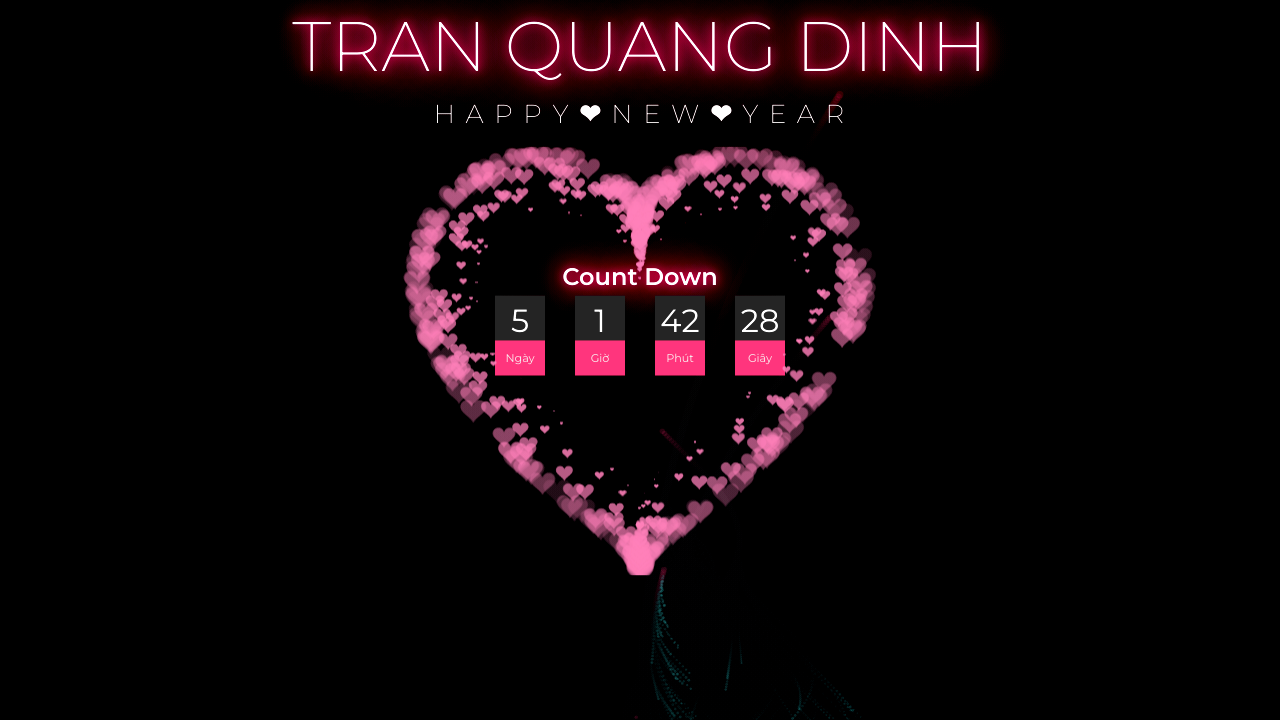
Repository: dinhtq-dev/lowaisa
Page: index.html
These files come from the project's save history. The page is drawn as it stood at one moment and after the next save; the edit follows.
The browser window is 1280 px wide. The pictures show the whole page.
Some web libraries are served in a nearby version.

Above is the page before, as saved 2023-01-16 22:17:27.

After the next save:
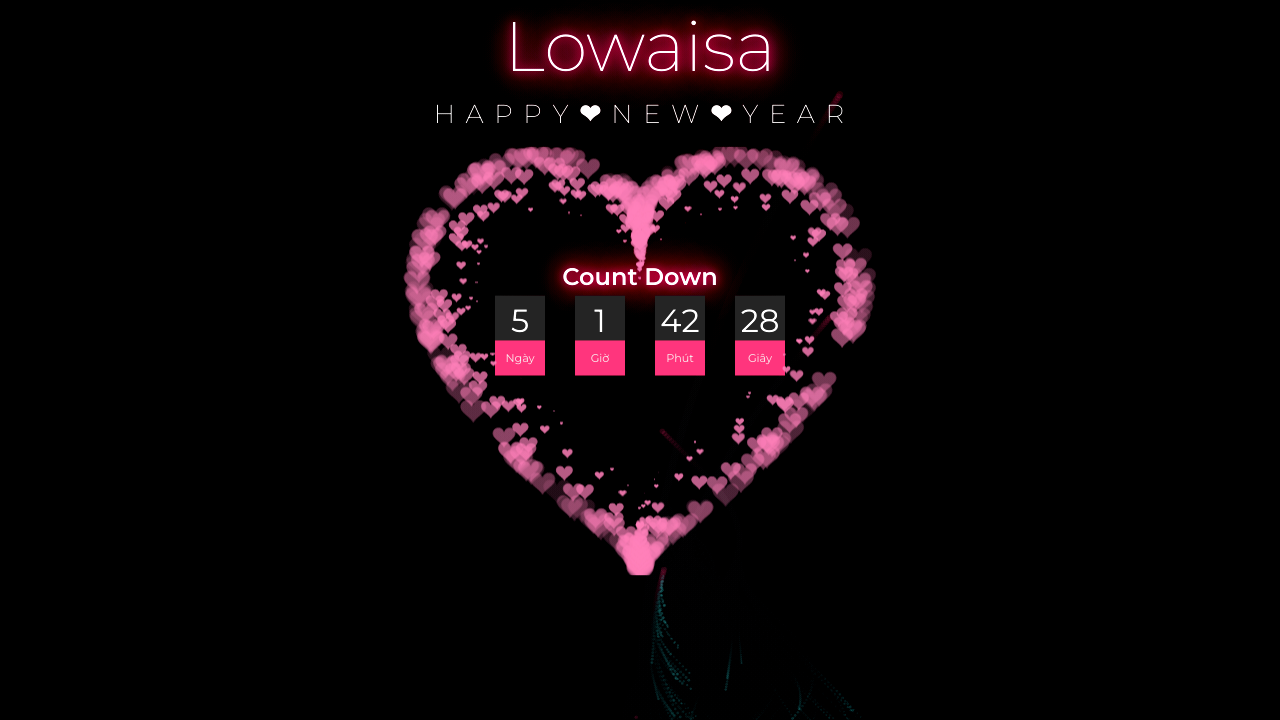
Saved 90 s later.
--- a/index.html
+++ b/index.html
@@ -54,7 +54,7 @@
 
     <div class="title">
       <h3 class="STARDUST1">2023</h3>
-      <h1 class="STARDUST2">TRAN QUANG DINH</h1>
+      <h1 class="STARDUST2">Lowaisa</h1>
 
       <h3 class="STARDUST3">
         H A P P Y <strong>❤</strong> N E W <strong>❤</strong> Y E A R
